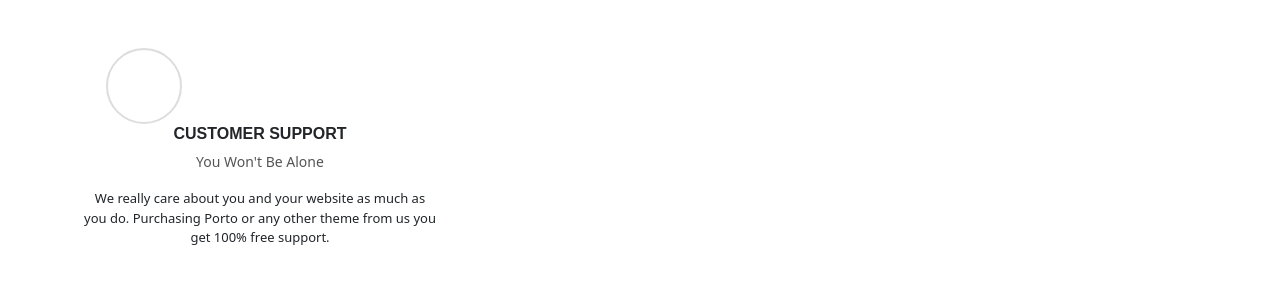
Repository: NguyenDo13/BE2-NhomH
Page: module-9/index/index.html
An editor plug-in stored every save of this project. The page is shown before and after the next save, followed by the edit.
The browser window is 1280 px wide. The pictures show the whole page.

Above is the page before, as saved 2022-05-15 11:52:14.

After the next save:
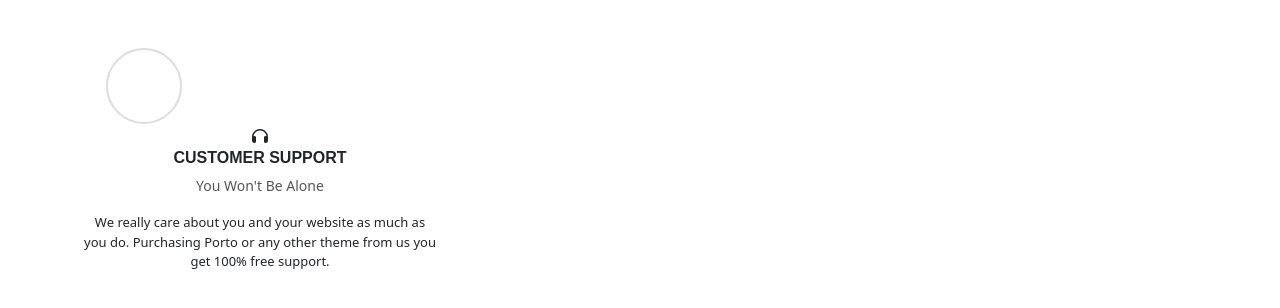
Saved 18 s later.
--- a/module-9/index/index.html
+++ b/module-9/index/index.html
@@ -25,7 +25,7 @@
                                     <div class="porto-icon advanced">
 
                                     </div>
-                                    <i class="Simple-Line-Icons-earphones-alt"> </i>
+                                    <i class="fa-solid fa-headphones"></i>
                                 </div>
                             </div>
                         </div>
